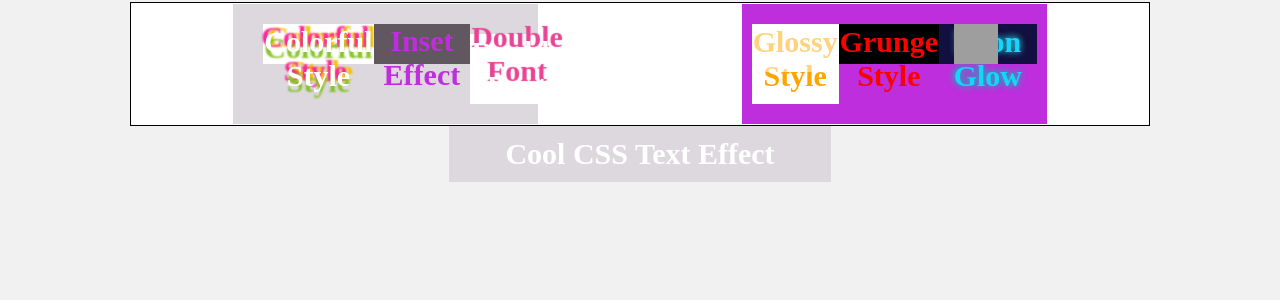
Repository: watermelonfee/HTCNWEB
Page: CSS/Tuan03/Bai2/Bai2b.html
These files come from the project's save history. The page is drawn as it stood at one moment and after the next save; the edit follows.
The browser window is 1280 px wide. The pictures show the whole page.
Pictures or frames that could not be fetched are drawn as grey boxes.

Above is the page before, as saved 2023-03-13 23:09:34.

### CSS/Tuan03/Bai2/Bai2b.html
<!DOCTYPE html>
<html lang="en">

<head>
    <meta charset="UTF-8" />
    <meta name="viewport" content="width=device-width, initial-scale=1.0" />
    <link rel="stylesheet" href="bai2b.css" />
    <title>Bai 2b - html</title>
</head>

<body>
    <div id="content">
        <div id="content2">
            <div id="divID1">Colorful Style</div>
            <div id="divID2">Inset Effect</div>
            <div id="divID3">Double Font</div>
        </div>
        <div id="content3">
            <div id="divID4">
                Glossy Style
                <span id="divID4_span"></span>
            </div>
            <div id="divID5">
                Grunge Style
                <span id="divID5_span"></span>
            </div>
            <div id="divID6">Neon Glow</div>
        </div>
    </div>
    <div id="content2" class="container">
        <p>Cool CSS Text Effect</p>
    </div>
</body>

</html>

### CSS/Tuan03/Bai2/bai2b.css
* {
    margin: 0 auto;
    padding: 1px;
    box-sizing: border-box;
}

body {
    background-color: #f1f1f1;
}

div {
    background-color: white;
    font-size: 30px;
    font-weight: 600;
}

#content {
    width: 80%;
    border: 1px solid;
    display: flex;
    justify-content: space-between;
}

#content2 {
    width: 30%;
    background-color: #ddd8de;
    text-align: center;
    font-size: 30px;
    padding: 10px;
    font-weight: 700;
    color: white;
    display: flex;
    justify-content: space-between;
}

#content3 {
    width: 30%;
    background-color: #be2edd;
    text-align: center;
    font-size: 30px;
    padding: 10px;
    font-weight: 700;
    color: white;
    display: flex;
    justify-content: space-between;
}

#divID1 {
    text-shadow: 0 6px 2px #85c226, -3px -5px 2px #fe2192, 3px -5px 2px #f7c200;
    margin-top: 10px;
    margin-bottom: 10px;
    margin-left: 20px;
    height: 40px;
    width: 250px;
    align-items: center;
}

#divID2 {
    padding: 0px 10px 0px 10px;
    color: #be2edd;
    background-color: #615760;
    margin-top: 10px;
    margin-bottom: 10px;
    height: 40px;
    width: 200px;
    align-items: center;
}

#divID3 {
    text-shadow: 0px -15px 1px #e84393;
    margin-top: 20px;
    margin-bottom: 10px;
}

#divID4 {
    position: relative;
    font-weight: bold;
    color: orange;
    margin-top: 10px;
    margin-bottom: 10px;
}

#divID4_span {
    position: absolute;
    display: block;
    top: 0;
    left: 0;
    height: 60%;
    width: 100%;
    z-index: 21;
    /* background: url('../../images/bt-css/glossy.png'); */
    background: linear-gradient(white, rgb(255, 255, 255));
    opacity: 0.5;
}

#divID5 {
    position: relative;
    font-weight: bold;
    color: red;
    margin-top: 10px;
    margin-bottom: 10px;
    background-color: black;
    height: 40px;
    width: 250px;
    align-items: center;
}

#divID5_span {
    position: absolute;
    display: block;
    top: 0;
    left: 115px;
    width: 44%;
    height: 100%;
    z-index: 21;
    background: url('../../images/bt-css/grunge.png');
}

#divID6 {
    background-color: #130f40;
    color: #17D4FE;
    text-shadow: 0px 0px 7px #22a6b3, -1px -1px 7px #22a6b3;
    margin-top: 10px;
    margin-bottom: 10px;
    height: 40px;
    width: 250px;
    align-items: center;
}

After the next save:
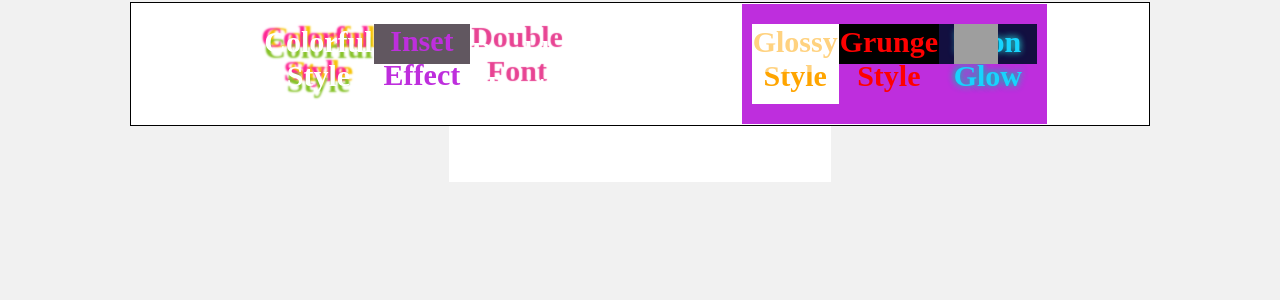
Saved 10 s later.
--- a/CSS/Tuan03/Bai2/bai2b.css
+++ b/CSS/Tuan03/Bai2/bai2b.css
@@ -23,7 +23,6 @@ div {
 
 #content2 {
     width: 30%;
-    background-color: #ddd8de;
     text-align: center;
     font-size: 30px;
     padding: 10px;
